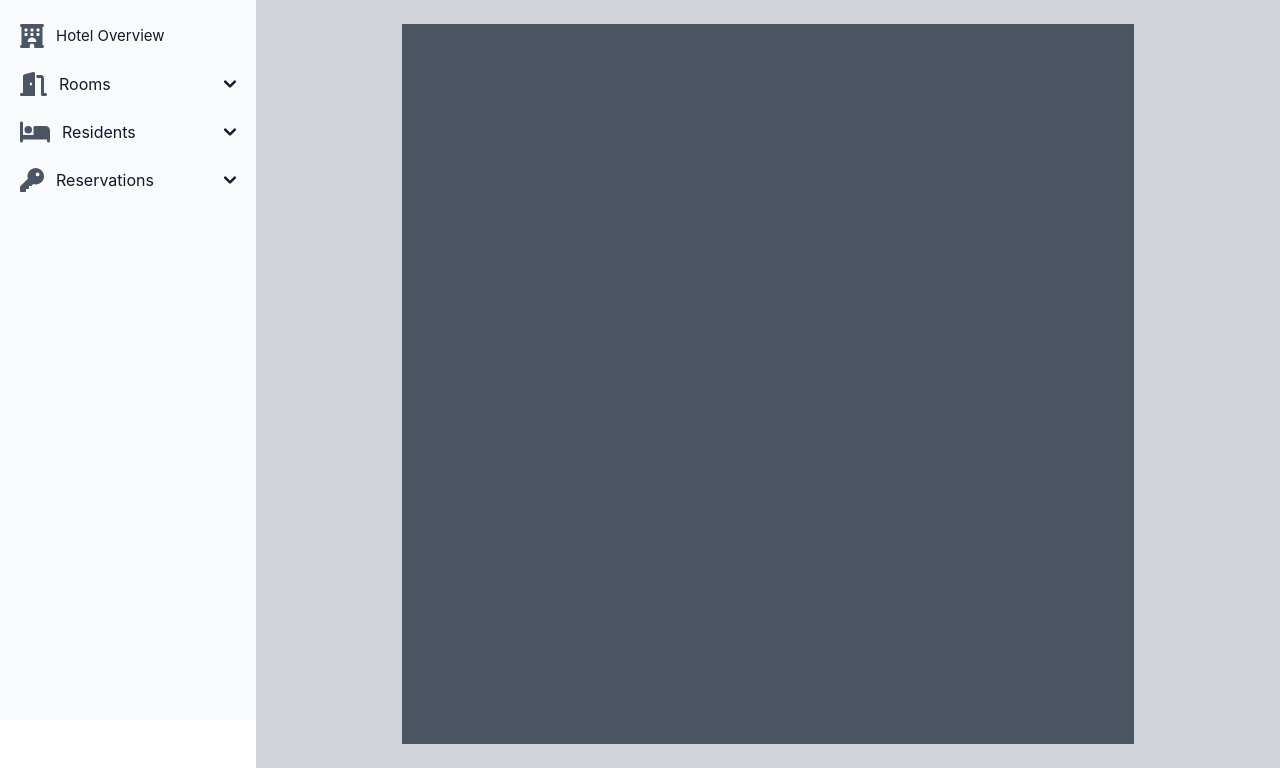
Repository: aggepap/hotelReservationsProj
Page: /rooms (app in admin-panel/)
The author's editor kept a copy of each file at every save. The page is drawn from the files as they stood at one save, then again after the next save.
The browser window is 1280 px wide. The pictures show the whole page.
The project was rebuilt for these pictures with package versions that can differ from the ones it lists, and the page was loaded fresh each time. Also part of the build but not shown: admin-panel/vite.config.ts, admin-panel/src/views/HomeView.vue, admin-panel/src/services/ApiServices.ts, admin-panel/src/views/roomviews/AddRoomView.vue.

Above is the page before, as saved 2025-01-19 20:13:21.

### admin-panel/index.html
<!DOCTYPE html>
<html lang="">
  <head>
    <meta charset="UTF-8" />
    <link rel="icon" href="/favicon.ico" />
    <meta name="viewport" content="width=device-width, initial-scale=1.0" />
    <title>Vite App</title>
  </head>
  <body>
    <div id="app"></div>
    <script type="module" src="/src/main.ts"></script>
  </body>
</html>

### admin-panel/src/main.ts
import "./assets/main.css";
import "primeicons/primeicons.css";
import "flowbite";

import { createApp } from "vue";
import App from "./App.vue";
import router from "./router";

const app = createApp(App);

app.use(router);

app.mount("#app");

### admin-panel/src/assets/main.css
@import "./base.css";
@tailwind base;
@tailwind components;
@tailwind utilities;

### admin-panel/src/App.vue
<script setup lang="ts">
import { RouterLink, RouterView } from "vue-router";
import { FontAwesomeIcon } from "@fortawesome/vue-fontawesome";
import { faDoorOpen } from "@fortawesome/free-solid-svg-icons";
import { faHotel } from "@fortawesome/free-solid-svg-icons";
import { faBed } from "@fortawesome/free-solid-svg-icons";
import { faKey } from "@fortawesome/free-solid-svg-icons";
import { faPlus } from "@fortawesome/free-solid-svg-icons";
</script>

<template>
  <button
    data-drawer-target="sidebar-multi-level-sidebar"
    data-drawer-toggle="sidebar-multi-level-sidebar"
    aria-controls="sidebar-multi-level-sidebar"
    type="button"
    class="inline-flex items-center p-2 mt-2 ms-3 text-sm text-gray-500 rounded-lg sm:hidden hover:bg-gray-100 focus:outline-none focus:ring-2 focus:ring-gray-200 dark:text-gray-400 dark:hover:bg-gray-700 dark:focus:ring-gray-600"
  >
    <span class="sr-only">Open sidebar</span>
    <svg
      class="w-6 h-6"
      aria-hidden="true"
      fill="currentColor"
      viewBox="0 0 20 20"
      xmlns="http://www.w3.org/2000/svg"
    >
      <path
        clip-rule="evenodd"
        fill-rule="evenodd"
        d="M2 4.75A.75.75 0 012.75 4h14.5a.75.75 0 010 1.5H2.75A.75.75 0 012 4.75zm0 10.5a.75.75 0 01.75-.75h7.5a.75.75 0 010 1.5h-7.5a.75.75 0 01-.75-.75zM2 10a.75.75 0 01.75-.75h14.5a.75.75 0 010 1.5H2.75A.75.75 0 012 10z"
      ></path>
    </svg>
  </button>
  <section class="flex flex-row justify-between items-center">
    <aside
      id="sidebar-multi-level-sidebar"
      class="fixed top-0 left-0 z-40 w-64 h-screen transition-transform -translate-x-full sm:translate-x-0"
      aria-label="Sidebar"
    >
      <div class="h-full px-3 py-4 overflow-y-auto bg-gray-50 dark:bg-gray-800">
        <ul class="space-y-2 font-medium">
          <li>
            <a
              href="#"
              class="flex items-center p-2 text-gray-900 rounded-lg dark:text-white hover:bg-gray-100 dark:hover:bg-gray-700 group"
            >
              <FontAwesomeIcon class="text-gray-600 text-2xl" :icon="faHotel" />
              <span class="ms-3">Hotel Overview</span>
            </a>
          </li>
          <li>
            <button
              type="button"
              class="flex items-center w-full p-2 text-base text-gray-900 transition duration-75 rounded-lg group hover:bg-gray-100 dark:text-white dark:hover:bg-gray-700"
              aria-controls="dropdown-rooms"
              data-collapse-toggle="dropdown-rooms"
            >
              <FontAwesomeIcon
                class="text-gray-600 text-2xl"
                :icon="faDoorOpen"
              />

              <span
                class="flex-1 ms-3 text-left rtl:text-right whitespace-nowrap"
                >Rooms</span
              >
              <svg
                class="w-3 h-3"
                aria-hidden="true"
                xmlns="http://www.w3.org/2000/svg"
                fill="none"
                viewBox="0 0 10 6"
              >
                <path
                  stroke="currentColor"
                  stroke-linecap="round"
                  stroke-linejoin="round"
                  stroke-width="2"
                  d="m1 1 4 4 4-4"
                />
              </svg>
            </button>
            <ul id="dropdown-rooms" class="hidden py-2 space-y-2">
              <li>
                <RouterLink
                  to="/rooms"
                  class="flex justify-start gap-2 items-start w-full p-2 text-gray-900 transition duration-75 rounded-lg pl-11 group hover:bg-gray-100 dark:text-white dark:hover:bg-gray-700"
                >
                  <FontAwesomeIcon
                    class="text-gray-600 text-2xl"
                    :icon="faKey"
                  />
                  View All Rooms</RouterLink
                >
              </li>
              <li>
                <RouterLink
                  to="/rooms/add"
                  class="flex justify-start gap-2 items-start w-full p-2 text-gray-900 transition duration-75 rounded-lg pl-11 group hover:bg-gray-100 dark:text-white dark:hover:bg-gray-700"
                >
                  <FontAwesomeIcon
                    class="text-gray-600 text-2xl"
                    :icon="faPlus"
                  />Add new Room</RouterLink
                >
              </li>
            </ul>
          </li>
          <li>
            <button
              type="button"
              class="flex items-center w-full p-2 text-base text-gray-900 transition duration-75 rounded-lg group hover:bg-gray-100 dark:text-white dark:hover:bg-gray-700"
              aria-controls="dropdown-residents"
              data-collapse-toggle="dropdown-residents"
            >
              <FontAwesomeIcon class="text-gray-600 text-2xl" :icon="faBed" />

              <span
                class="flex-1 ms-3 text-left rtl:text-right whitespace-nowrap"
                >Residents</span
              >
              <svg
                class="w-3 h-3"
                aria-hidden="true"
                xmlns="http://www.w3.org/2000/svg"
                fill="none"
                viewBox="0 0 10 6"
              >
                <path
                  stroke="currentColor"
                  stroke-linecap="round"
                  stroke-linejoin="round"
                  stroke-width="2"
                  d="m1 1 4 4 4-4"
                />
              </svg>
            </button>
            <ul id="dropdown-residents" class="hidden py-2 space-y-2">
              <li>
                <a
                  href="#"
                  class="flex justify-start gap-2 items-start w-full p-2 text-gray-900 transition duration-75 rounded-lg pl-11 group hover:bg-gray-100 dark:text-white dark:hover:bg-gray-700"
                >
                  <i class="pi pi-plus pt-1"></i> Add a Resident</a
                >
              </li>
            </ul>
          </li>
          <li>
            <button
              type="button"
              class="flex items-center w-full p-2 text-base text-gray-900 transition duration-75 rounded-lg group hover:bg-gray-100 dark:text-white dark:hover:bg-gray-700"
              aria-controls="dropdown-reservations"
              data-collapse-toggle="dropdown-reservations"
            >
              <FontAwesomeIcon class="text-gray-600 text-2xl" :icon="faKey" />

              <span
                class="flex-1 ms-3 text-left rtl:text-right whitespace-nowrap"
                >Reservations</span
              >
              <svg
                class="w-3 h-3"
                aria-hidden="true"
                xmlns="http://www.w3.org/2000/svg"
                fill="none"
                viewBox="0 0 10 6"
              >
                <path
                  stroke="currentColor"
                  stroke-linecap="round"
                  stroke-linejoin="round"
                  stroke-width="2"
                  d="m1 1 4 4 4-4"
                />
              </svg>
            </button>
            <ul id="dropdown-reservations" class="hidden py-2 space-y-2">
              <li>
                <a
                  href="#"
                  class="flex justify-start gap-2 items-start w-full p-2 text-gray-900 transition duration-75 rounded-lg pl-11 group hover:bg-gray-100 dark:text-white dark:hover:bg-gray-700"
                >
                  <i class="pi pi-plus pt-1"></i> Add a Reservation</a
                >
              </li>
            </ul>
          </li>
        </ul>
      </div>
    </aside>

    <main class="flex items-start h-screen w-full pl-64">
      <div class="mx-auto w-full md:p-6 bg-gray-300 pt-12">
        <RouterView />
      </div>
    </main>
  </section>
</template>

### admin-panel/src/router/index.ts
import { createRouter, createWebHistory } from "vue-router";
import HomeView from "../views/HomeView.vue";
import AddRoomView from "../views/roomviews/AddRoomView.vue";
import AllRoomsView from "@/views/roomviews/AllRoomsView.vue";

const router = createRouter({
  history: createWebHistory(import.meta.env.BASE_URL),
  routes: [
    {
      path: "/",
      name: "home",
      component: HomeView,
    },
    {
      path: "/rooms",
      name: "allRooms",
      component: AllRoomsView,
    },
    {
      path: "/rooms/add",
      name: "addRoom",
      component: AddRoomView,
    },
    {
      path: "/about",
      name: "about",
      // route level code-splitting
      // this generates a separate chunk (About.[hash].js) for this route
      // which is lazy-loaded when the route is visited.
      component: () => import("../views/AboutView.vue"),
    },
  ],
});

export default router;

### admin-panel/src/views/roomviews/AllRoomsView.vue
<script setup lang="ts"></script>

<template>
  <section class="w-9/12 mx-auto px-10 bg-gray-600 h-screen"></section>
</template>

### admin-panel/tailwind.config.js
/** @type {import('tailwindcss').Config} */
export default {
  content: [
    "./index.html",
    "./src/**/*.{vue,js,ts,jsx,tsx}",
    "./node_modules/flowbite/**/*.js",
  ],
  theme: {
    extend: {},
  },
  plugins: [require("flowbite/plugin")],
};

Loaded but not shown: admin-panel/src/assets/base.css (common file)

After the next save:
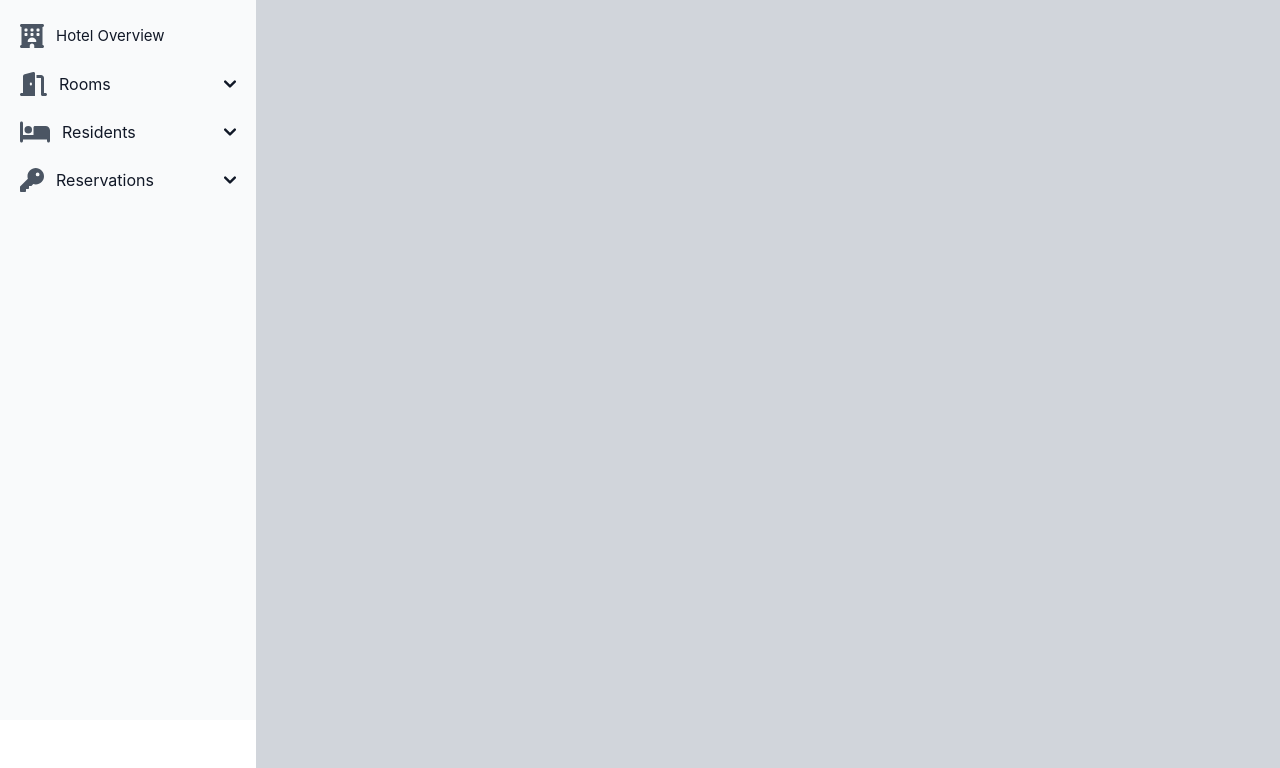
Saved 37 s later.
--- a/admin-panel/src/views/roomviews/AllRoomsView.vue
+++ b/admin-panel/src/views/roomviews/AllRoomsView.vue
@@ -1,5 +1,5 @@
 <script setup lang="ts"></script>
 
 <template>
-  <section class="w-9/12 mx-auto px-10 bg-gray-600 h-screen"></section>
+  <section class="w-9/12 mx-auto px-10 h-screen"></section>
 </template>
